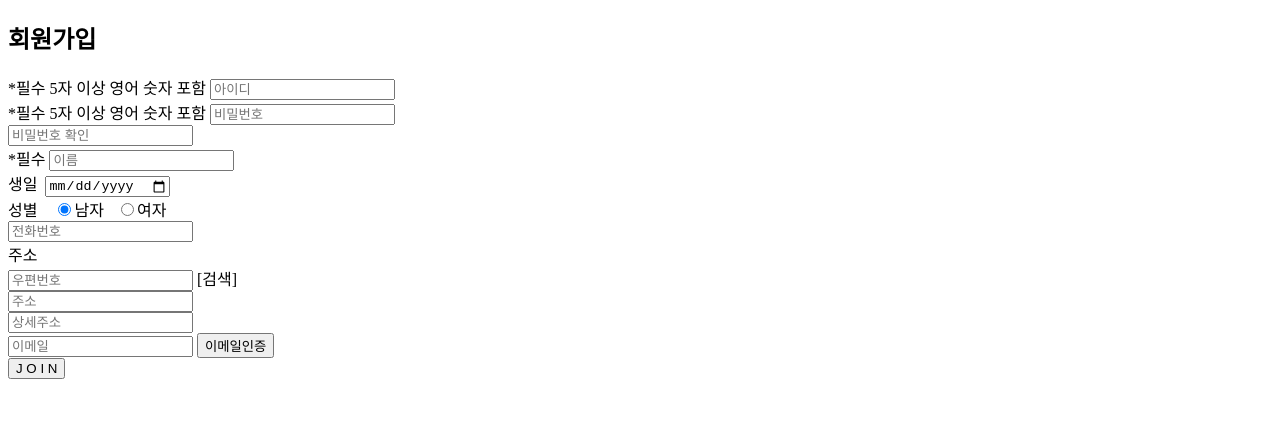
Repository: chmyj2/Team2_Final-project
Page: http://localhost/FinalProject/WEB-INF/views/2Team/t2login/t2_join.jsp
An editor plug-in stored every save of this project. The page is shown before and after the next save, followed by the edit.
The browser window is 1280 px wide. The pictures show the whole page.
The page is served by Tomcat 9. Nobody is signed in. The template is opened directly, without the code that normally fills it, so the values that code supplies are empty.

Above is the page before, as saved 2022-09-02 07:31:41.

After the next save:
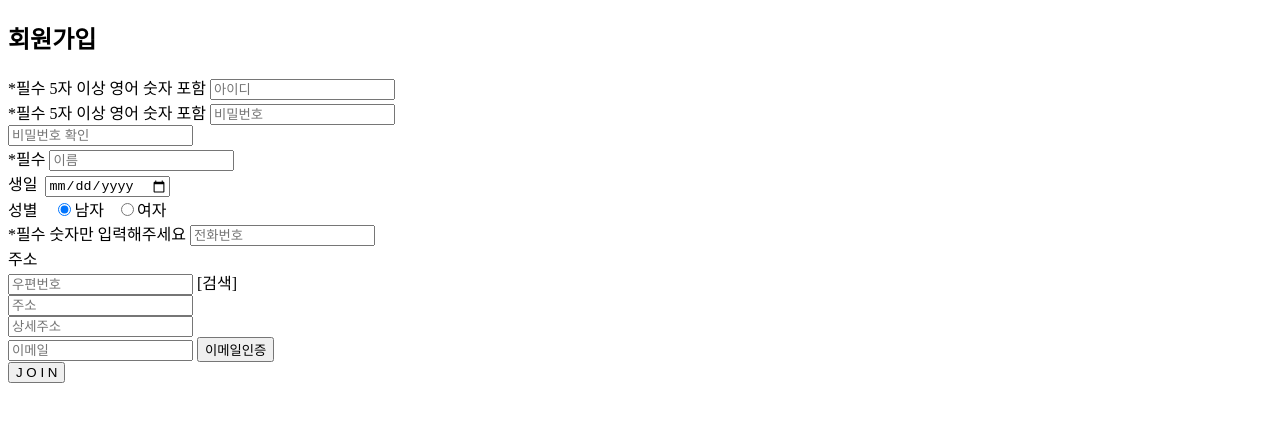
Saved 17 s later.
--- a/FinalProject/src/main/webapp/WEB-INF/views/2Team/t2login/t2_join.jsp
+++ b/FinalProject/src/main/webapp/WEB-INF/views/2Team/t2login/t2_join.jsp
@@ -45,6 +45,7 @@
       </div>
 
       <div class="join-textForm">
+      	<span class="jointxt">*필수 숫자만 입력해주세요</span>
         <input name="member_phoneNum" type="number" class="join-cellphoneNo" placeholder="전화번호">
       </div>
 
